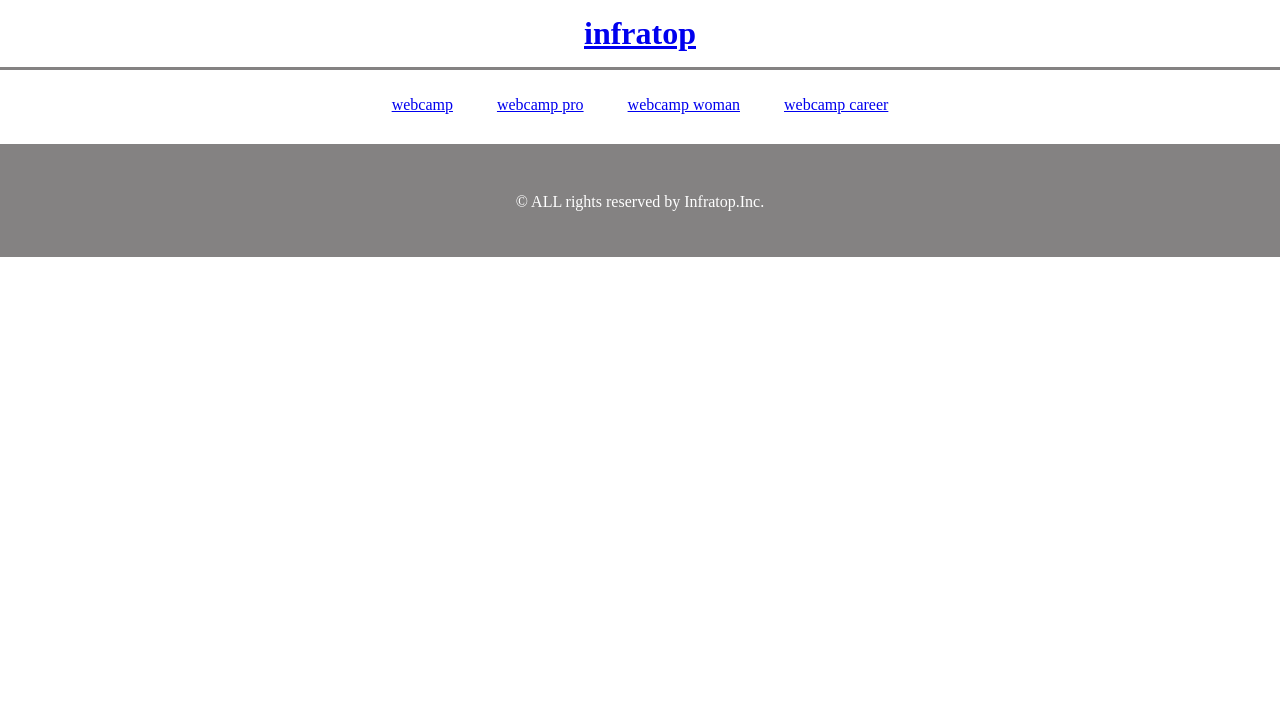
Repository: Souax/prac_20231021
Page: Chapter5/5.html
The author's editor kept a record of every edit. The page is drawn from the files as they stood at one moment, then again after the next edit.
The browser window is 1280 px wide. The pictures show the whole page.

Above is the page before.

After the next edit:
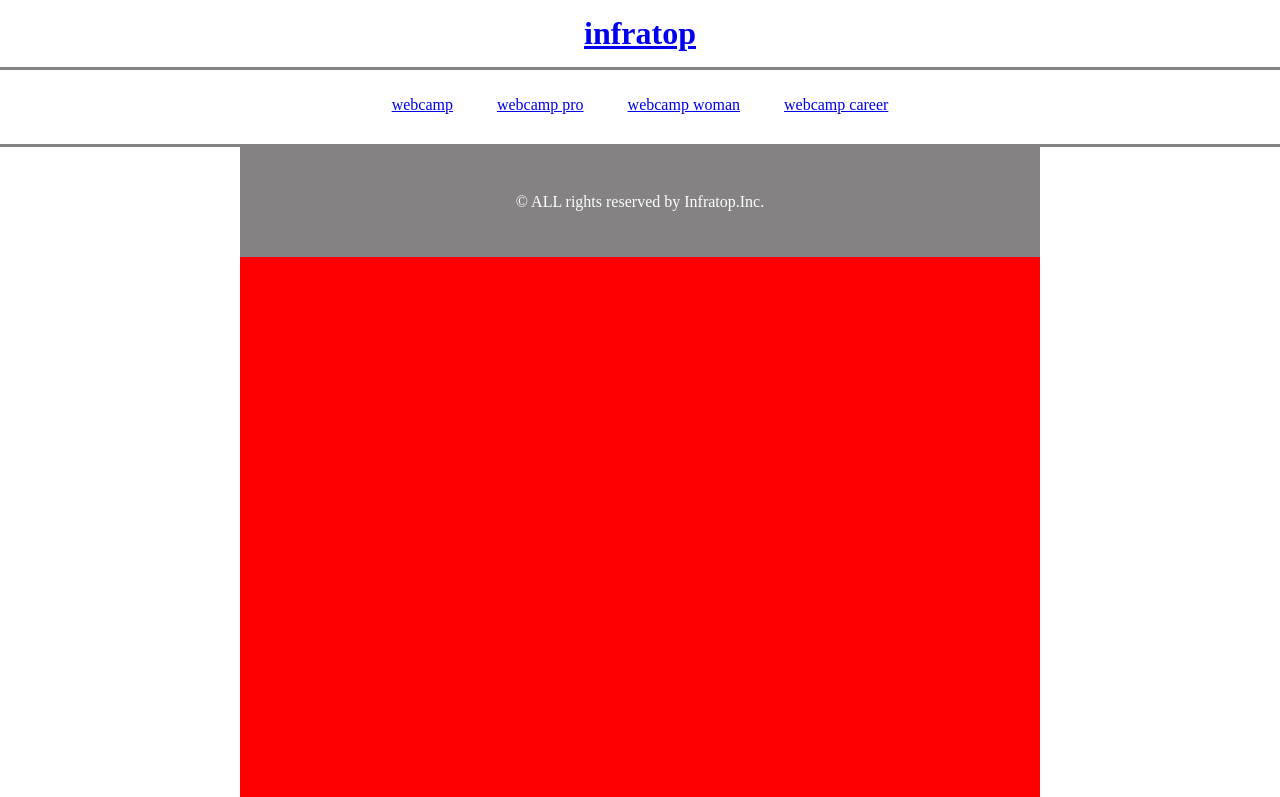
The edit:
--- a/Chapter5/5.html
+++ b/Chapter5/5.html
@@ -29,7 +29,8 @@
         </li>
       </ul>
     </nav>
-    <div class="main"></div>
+    <main>
+    <div class="main-1"></div>
     <div class="main-2"></div>
     <div class="main-3"></div>
     <div class="main-4"></div>
